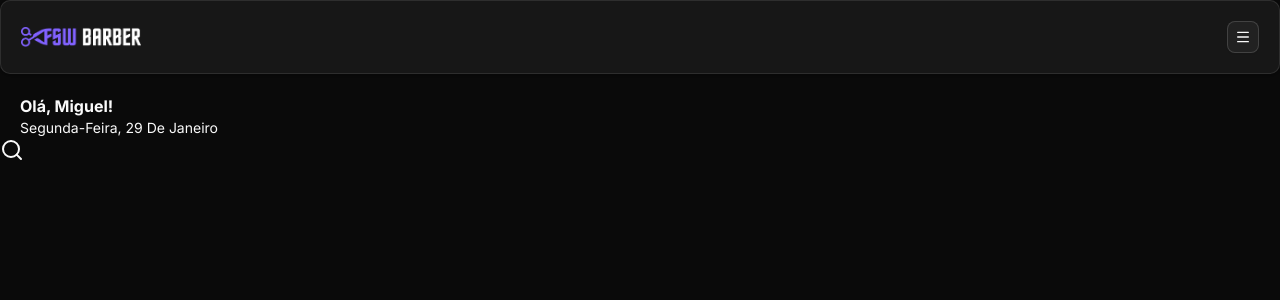
Repository: PaulinhoMachadooo/Barber
Page: /
These files come from the project's save history. The page is drawn as it stood at one moment and after the next save; the edit follows.
The browser window is 1280 px wide. The pictures show the whole page.
The project was rebuilt for these pictures with package versions that can differ from the ones it lists, and the page was loaded fresh each time. The framework's server and built-in components were replaced by stand-ins that run in the browser. Also part of the build but not shown: next.config.ts.

Above is the page before, as saved 2025-04-08 21:21:04.

After the next save:
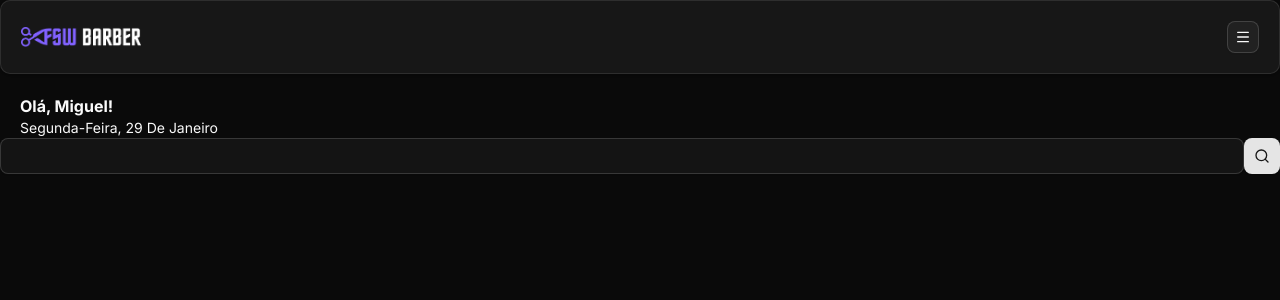
Saved 6 min 52 s later.
--- a/app/(home)/page.tsx
+++ b/app/(home)/page.tsx
@@ -3,7 +3,8 @@ import Image from "next/image";
 import Header from "../_components/header";
 import { format } from "date-fns";
 import { ptBR } from "date-fns/locale";
-import { Search } from "lucide-react";
+import Search from "./_components/search";
+
 
 export default function Home() {
   return (
